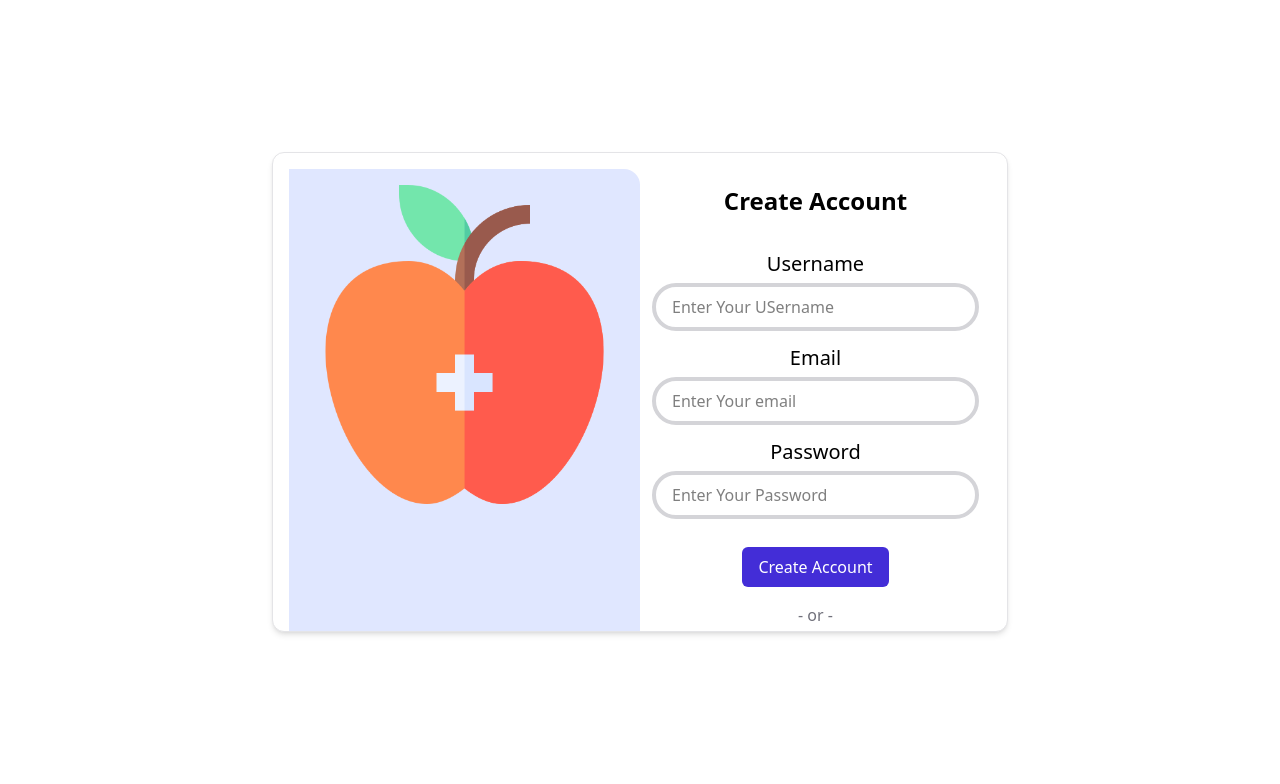
Repository: aryan151pratap/FitPanda
Page: / (app in frontened/)
An editor plug-in stored every save of this project. The page is shown before and after the next save, followed by the edit.
The browser window is 1280 px wide. The pictures show the whole page.
The project was rebuilt for these pictures with package versions that can differ from the ones it lists, and the page was loaded fresh each time. Also part of the build but not shown: frontened/vite.config.js, frontened/src/login/login.jsx.

Above is the page before, as saved 2025-06-03 22:49:58.

### frontened/src/App.jsx
import { useState } from 'react'
import './App.css'
import Page_1 from './components/page_1';
import Sign_up from './login/sign_up';

function App() {
  const [count, setCount] = useState(0)

  return (
    <>
    <div className=''>
      <Sign_up/>
      <Page_1/>
    </div>
    </>
  )
}

export default App

### frontened/src/components/page_1.jsx
function Page_1(){
	return(
		<>
		<div className="">

		</div>
		</>
	)
}

export default Page_1;

### frontened/src/login/sign_up.jsx
import Login from './login';
import apple from '../image/apple.png';

function Sign_up(){
	return(
		<>
		<div className="w-full h-screen px-20 py-20 md:px-60 md:py-30">
			<div className="w-full h-full">
				<div className="w-full h-full bg-white grid grid-cols-2 rounded-xl overflow-hidden p-4 shadow-md border-1 border-zinc-200">
					<div className="bg-indigo-100 p-4 text-indigo-300 rounded-b-2xl rounded-tr-2xl flex ">
						<div>
							<img src={apple} alt="" />
						</div>
						{/* <div className="h-full px-1 bg-black">
						</div> */}
					</div>

					<div className="w-full h-full flex flex-col">
						<div className="w-full rounded-full p-4 ">
							<p className="text-2xl w-full flex justify-center font-bold">Create Account</p>
						</div>
						<form action="" className="h-full p-4 flex flex-col gap-4 justify-center">
							<div className="flex flex-col gap-2">
								<label htmlFor="" className="px-2 text-[20px]">Username</label>
								<input type="text" placeholder="Enter Your USername" className="px-4 py-2 w-full outline-4 rounded-full outline-zinc-300"/>
							</div>
							<div className="flex flex-col gap-2">
								<label htmlFor="" className="px-2 text-[20px]">Email</label>
								<input type="text" placeholder="Enter Your email" className="px-4 py-2 w-full outline-4 rounded-full outline-zinc-300"/>
							</div>
							<div className="flex flex-col gap-2">
								<label htmlFor="" className="px-2 text-[20px]">Password</label>
								<input type="text" placeholder="Enter Your Password" className="px-4 py-2 w-full outline-4 rounded-full outline-zinc-300"/>
							</div>
						</form>
						<div className="w-full p-4 flex flex-wrap gap-4 justify-center">
							<button className="px-4 py-2 rounded-md text-white bg-indigo-700 hover:bg-indigo-900 cursor-pointer"><span>Create Account</span></button>

							<p className="w-full flex justify-center text-zinc-500">- or -</p>
							<div className="w-full flex justify-center">
								<p>Already have an account <button className="text-blue-600 hover:underline"
								>Login</button></p>
							</div>
						</div>
					</div>
				</div>
			</div>
		</div>
		</>
	)
}

export default Sign_up;

Loaded but not shown: frontened/index.html (common file); frontened/src/main.jsx (common file); frontened/src/App.css (common file)

After the next save:
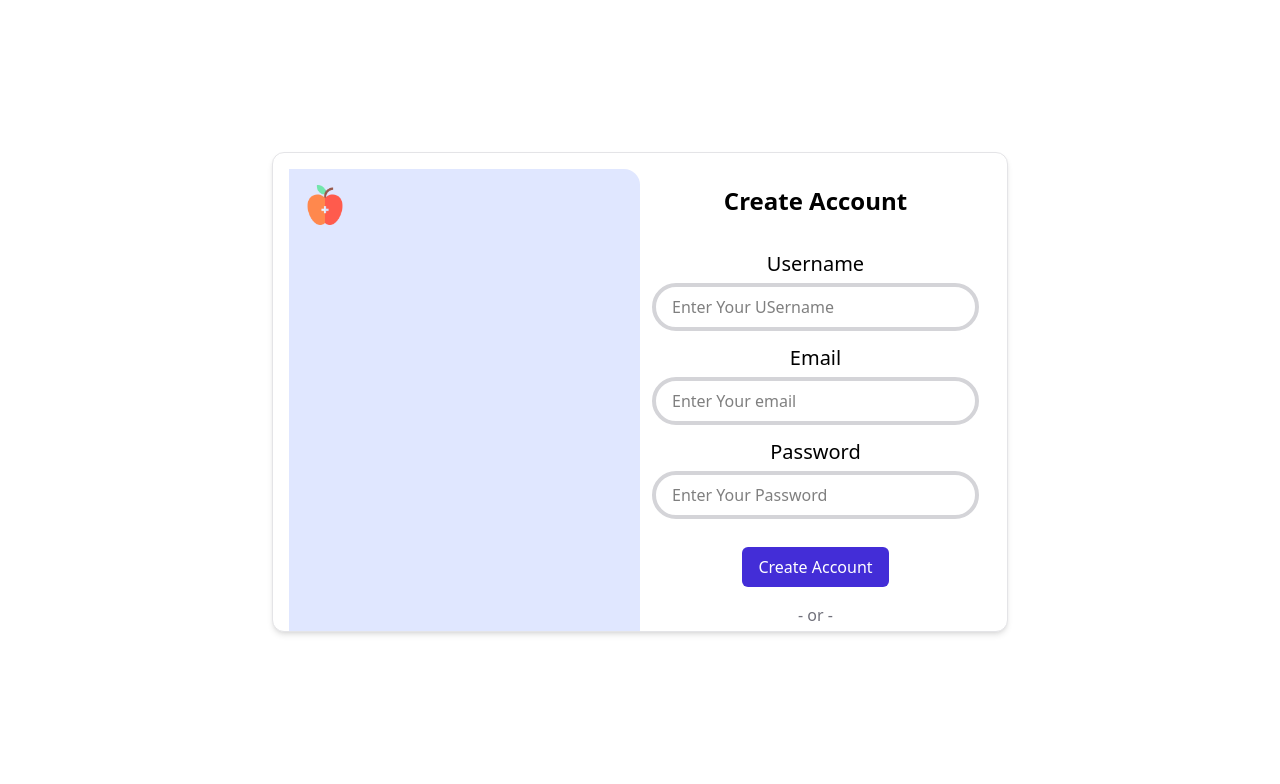
Saved 11 s later.
--- a/frontened/src/login/sign_up.jsx
+++ b/frontened/src/login/sign_up.jsx
@@ -9,7 +9,7 @@ function Sign_up(){
 				<div className="w-full h-full bg-white grid grid-cols-2 rounded-xl overflow-hidden p-4 shadow-md border-1 border-zinc-200">
 					<div className="bg-indigo-100 p-4 text-indigo-300 rounded-b-2xl rounded-tr-2xl flex ">
 						<div>
-							<img src={apple} alt="" />
+							<img src={apple} alt="" className='h-10 w-10'/>
 						</div>
 						{/* <div className="h-full px-1 bg-black">
 						</div> */}
